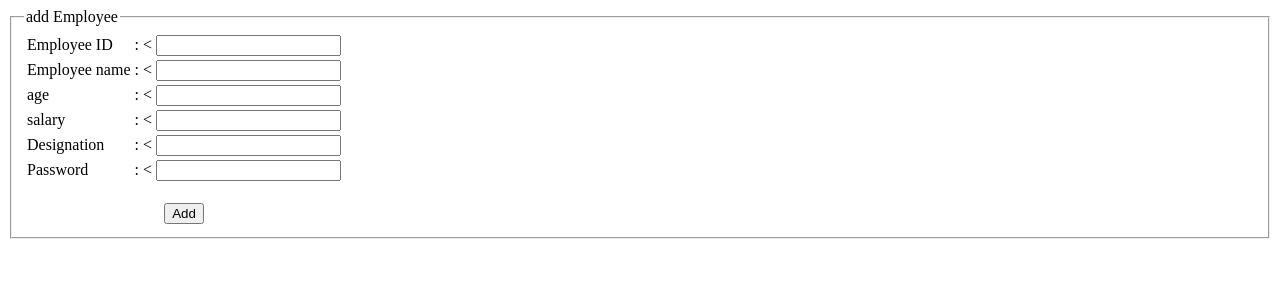
Repository: MamathaManchala/TY_CG_HTD_BangloreNovember_JFS_MamathaManchala
Page: BackEnd/servelets/mywebapp/src/main/webapp/addEmp.html
The author's editor kept a copy of each file at every save. The page is drawn from the files as they stood at one save, then again after the next save.
The browser window is 1280 px wide. The pictures show the whole page.

Above is the page before, as saved 2019-12-17 10:26:55.

### BackEnd/servelets/mywebapp/src/main/webapp/addEmp.html
<!DOCTYPE html>
<html>
<head>
<meta charset="ISO-8859-1">
<title>Insert title here</title>
</head>
<body>


	<fieldset>
		<legend>add Employee</legend>
		<form action="./addEmployee" method="post">
			<table>
				<tr>
					<td>Employee ID</td>
					<td>:</td>
					<td>< <input type="number" name="empId" required>
				</tr>

				<tr>
					<td>Employee name</td>
					<td>:</td>
					<td>< <input type="text" name="name" required>
				</tr>

				<tr>
					<td>age</td>
					<td>:</td>
					<td>< <input type="number" name="age" required>
				</tr>

				<tr>
					<td>salary</td>
					<td>:</td>
					<td>< <input type="number" name="salary" required>
				</tr>

				<tr>
					<td>Designation</td>
					<td>:</td>
					<td>< <input type="text" name="designation" required>
				</tr>

				<tr>
					<td>Password</td>
					<td>:</td>
					<td>< <input type="text" name="password" required>
				</tr>

				<tr>
					<td colspan="3" align="center"><br> <input type="submit"
						value="Add"></td>
				</tr>
			</table>
		</form>
	</fieldset>
</body>
</html>

After the next save:
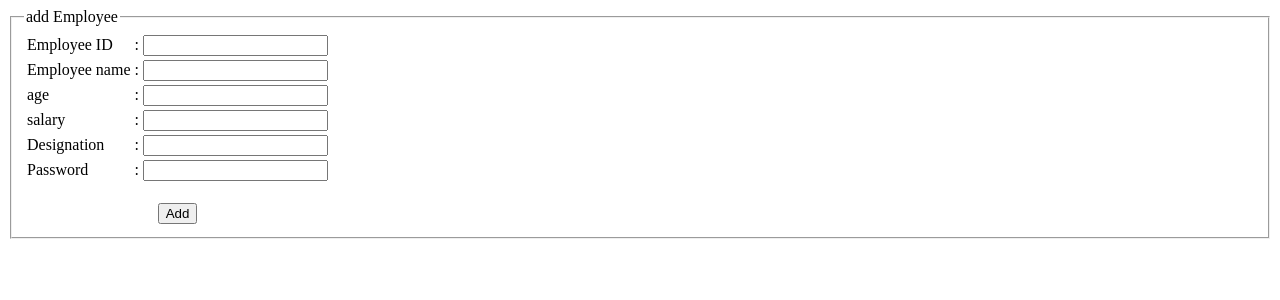
Saved 10 min 56 s later.
--- a/BackEnd/servelets/mywebapp/src/main/webapp/addEmp.html
+++ b/BackEnd/servelets/mywebapp/src/main/webapp/addEmp.html
@@ -14,37 +14,37 @@
 				<tr>
 					<td>Employee ID</td>
 					<td>:</td>
-					<td>< <input type="number" name="empId" required>
+					<td> <input type="number" name="empId" required>
 				</tr>
 
 				<tr>
 					<td>Employee name</td>
 					<td>:</td>
-					<td>< <input type="text" name="name" required>
+					<td> <input type="text" name="name" required>
 				</tr>
 
 				<tr>
 					<td>age</td>
 					<td>:</td>
-					<td>< <input type="number" name="age" required>
+					<td> <input type="number" name="age" required>
 				</tr>
 
 				<tr>
 					<td>salary</td>
 					<td>:</td>
-					<td>< <input type="number" name="salary" required>
+					<td> <input type="number" name="salary" required>
 				</tr>
 
 				<tr>
 					<td>Designation</td>
 					<td>:</td>
-					<td>< <input type="text" name="designation" required>
+					<td> <input type="text" name="designation" required>
 				</tr>
 
 				<tr>
 					<td>Password</td>
 					<td>:</td>
-					<td>< <input type="text" name="password" required>
+					<td> <input type="text" name="password" required>
 				</tr>
 
 				<tr>
